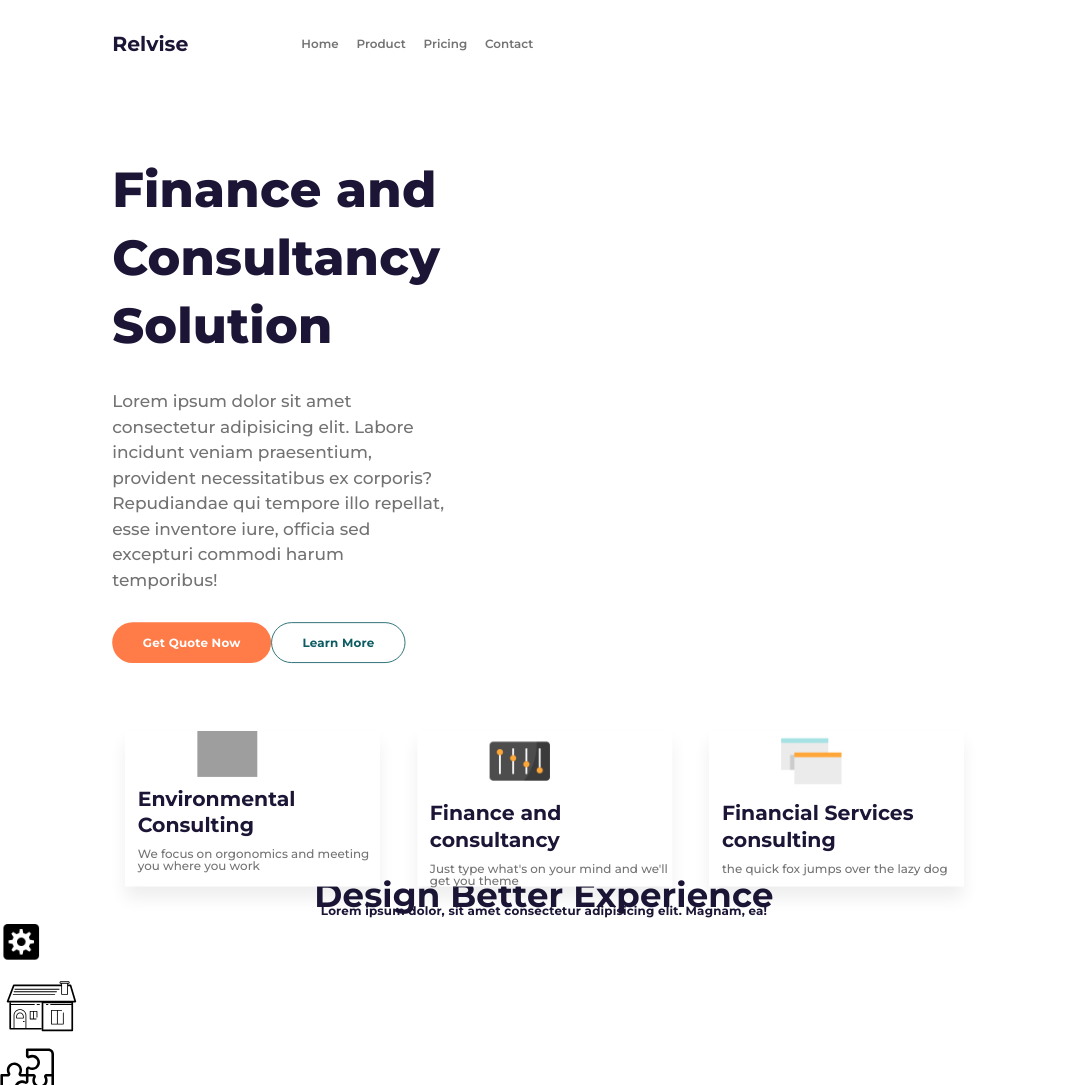
Repository: usalokiN/simple-project
Page: index.html
These files come from the project's save history. The page is drawn as it stood at one moment and after the next save; the edit follows.
The browser window is 1280 px wide. The pictures show the part of the page from y = 0 to 1277 px (the page is 1597 px tall before and 1628 px after), at 85% of full size.
Pictures or frames that could not be fetched are drawn as grey boxes. A picture or video elsewhere on the page could not be fetched, so the positions and the page height are approximate.

Above is the page before, as saved 2022-01-17 13:38:00.

After the next save:
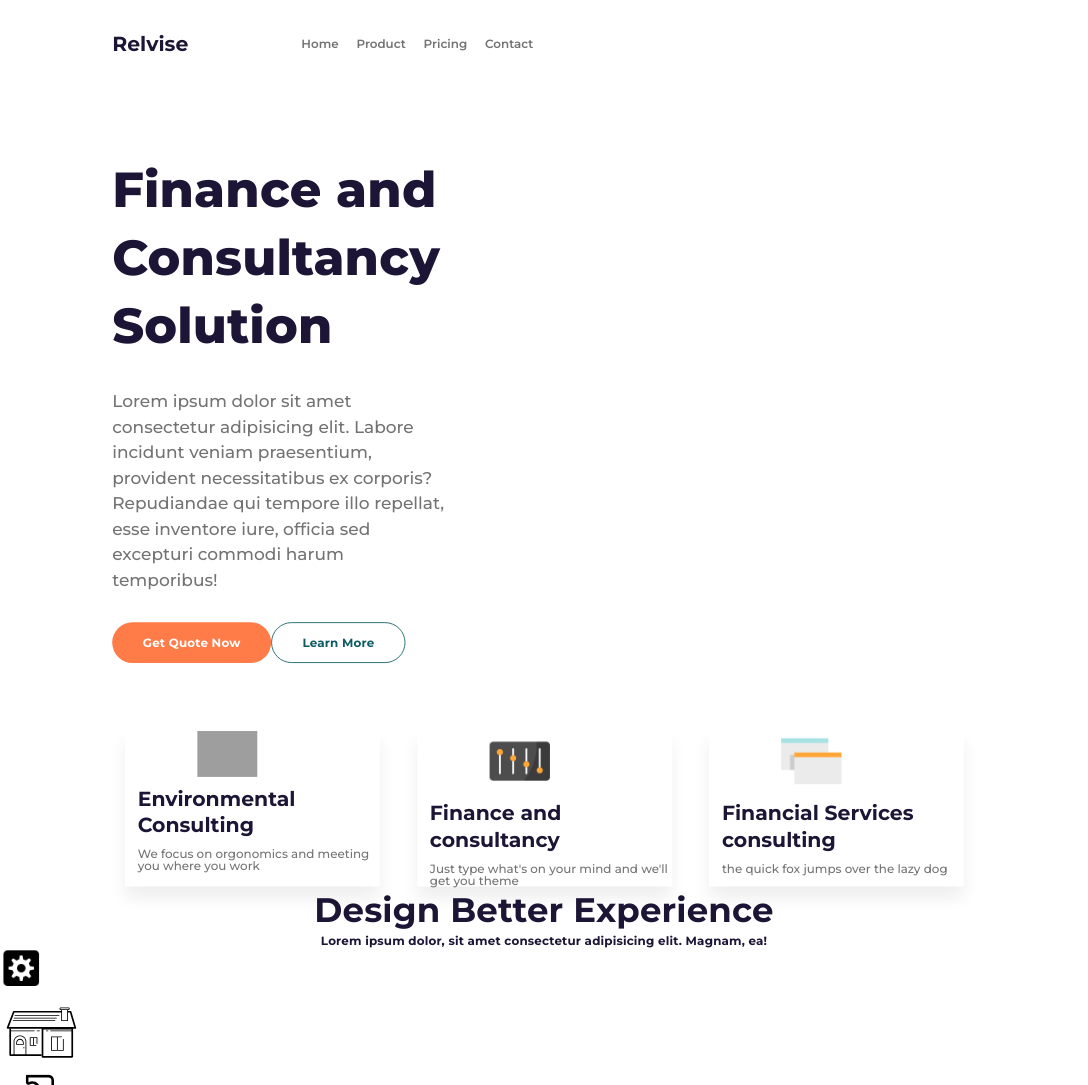
Saved 8 s later.
--- a/css/style.css
+++ b/css/style.css
@@ -69,12 +69,12 @@
 
                     .header-block {
                         text-align: center;
-                        line-height: 142%;
                         letter-spacing: 0.2px;
                         font-weight: 700;
                     }
 
                     .header-block__title {
+                        line-height: 142%;
                         font-size: 40px;
                     }
 
